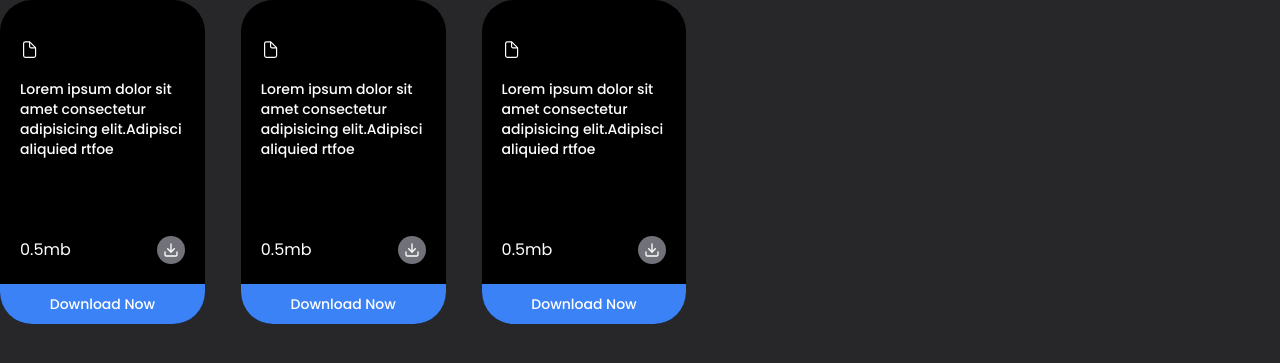
Repository: SharonSebastian32/dragable_cards
Page: /
The author's editor kept a copy of each file at every save. The page is drawn from the files as they stood at one save, then again after the next save.
The browser window is 1280 px wide. The pictures show the whole page.
Some web fonts or font styles are not loaded; a fallback is used. The project was rebuilt for these pictures with package versions that can differ from the ones it lists, and the page was loaded fresh each time. Also part of the build but not shown: vite.config.js.

Above is the page before, as saved 2024-08-21 11:17:12.

After the next save:
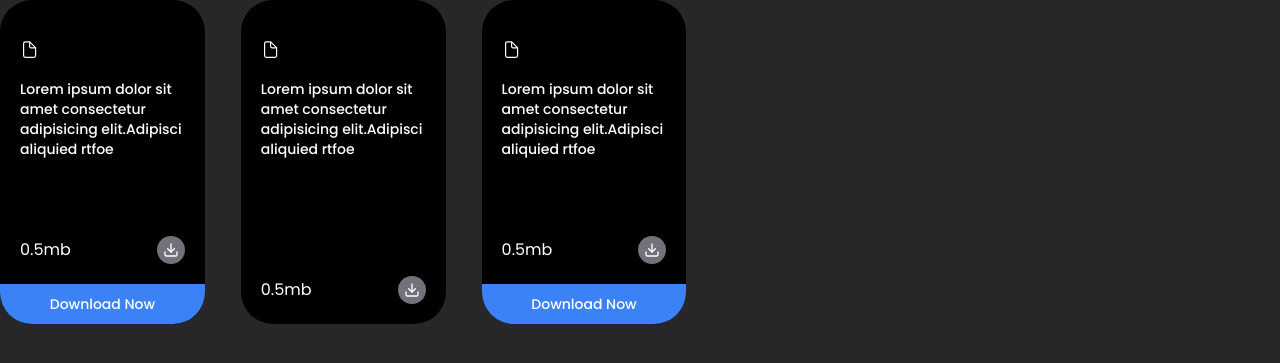
Saved 33 s later.
--- a/src/Components/Foreground.jsx
+++ b/src/Components/Foreground.jsx
@@ -21,7 +21,7 @@ const Foreground = () => {
 
       close: false,
       tag: {
-        isOpen: true,
+        isOpen: false,
         tagTitle: "Download Now",
         tagColor: "blue",
       },
